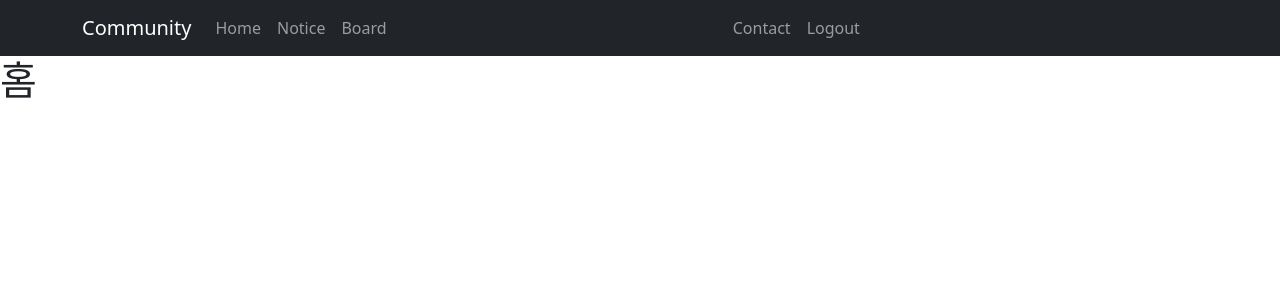
Repository: yangddoddi/community_react
Page: /
The author's editor kept a copy of each file at every save. The page is drawn from the files as they stood at one save, then again after the next save.
The browser window is 1280 px wide. The pictures show the whole page.
The page's requests for data from a server got no answer. The project was rebuilt for these pictures with package versions that can differ from the ones it lists, and the page was loaded fresh each time. No one was signed in, and anything a server would have sent is missing. Also part of the build but not shown: src/pages/Join.js, src/pages/Login.js, src/pages/Posts.js, src/pages/Write.js.

Above is the page before, as saved 2022-09-06 22:49:40.

### src/App.js
import React, { useEffect, useState } from "react";
import { testAxios } from "./config/testAxios";
import { Header } from "./pages/Header";
import { MyRoutes } from "./router/Routes";
import "bootstrap/dist/css/bootstrap.min.css";

const App = () => {
  const [ip, setIp] = useState("");
  const findIp = (data) => {
    setIp(data);
  };

  useEffect(() => {
    testAxios("test", findIp);
  });

  return (
    <>
      <Header />
      <MyRoutes />
    </>
  );
};

export default App;

### src/config/testAxios.js
import axios from "axios";

export const testAxios = (url, findIp) => {
  axios({
    url: "/" + url,
    method: "post",
    baseURL: "http://localhost:8080",
    withCredentials: true,
  }).then((res) => {
    findIp(res.data);
  });
};

### src/pages/Header.js
import Container from "react-bootstrap/Container";
import Nav from "react-bootstrap/Nav";
import Navbar from "react-bootstrap/Navbar";
import { NavLink } from "react-bootstrap";

export const Header = () => {
  return (
    <>
      <Navbar bg="dark" variant="dark">
        <Container>
          <Navbar.Brand href="/">Community</Navbar.Brand>
          <Nav className="me-auto">
            <Nav.Link href="/">Home</Nav.Link>
            <Nav.Link href="/posts/notice">Notice</Nav.Link>
            <Nav.Link href="/posts/board">Board</Nav.Link>
          </Nav>
          <Nav className="me-auto">
            <Nav.Link href="/posts">Contact</Nav.Link>
            <Nav.Link href="/posts">Logout</Nav.Link>
          </Nav>
        </Container>
      </Navbar>
    </>
  );
};

### src/router/Routes.js
import { Route, Routes } from "react-router-dom";
import { Home } from "../pages/Home";
import { Join } from "../pages/Join";
import { Login } from "../pages/Login";
import { Posts } from "../pages/Posts";
import { Write } from "../pages/Write";

export const MyRoutes = () => {
  return (
    <Routes>
      <Route path="/*" element={<Home />} />
      <Route path="/login" element={<Login />} />
      <Route path="/join" element={<Join />} />
      <Route path="/posts/:id/write" element={<Write />} />
      <Route path="/posts/:id" element={<Posts />} />
      <Route path="/posts/:category" element={<Posts />} />
      <Route path="/posts/:category" element={<Posts />} />
      <Route path="/posts/:category" element={<Posts />} />
    </Routes>
  );
};

### src/pages/Home.js
export const Home = () => {
  return <h1>홈</h1>;
};

Loaded but not shown: public/index.html (common file); src/index.js (common file); src/index.css (common file); src/reportWebVitals.js (common file)

After the next save:
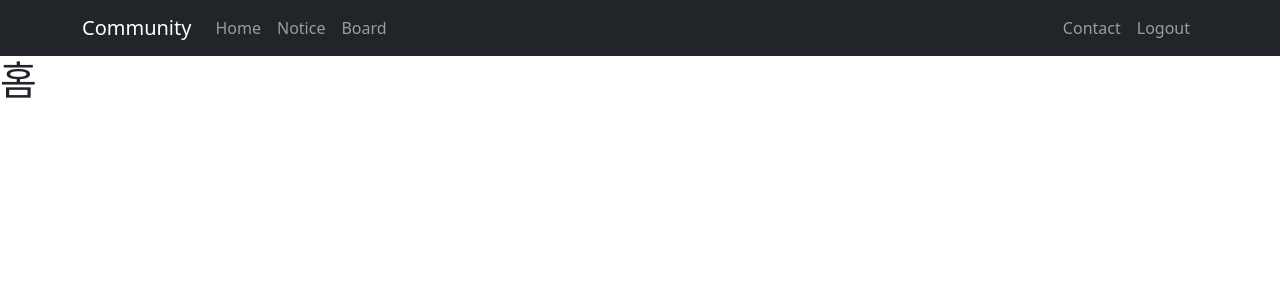
Saved 1 s later.
--- a/src/pages/Header.js
+++ b/src/pages/Header.js
@@ -14,7 +14,7 @@ export const Header = () => {
             <Nav.Link href="/posts/notice">Notice</Nav.Link>
             <Nav.Link href="/posts/board">Board</Nav.Link>
           </Nav>
-          <Nav className="me-auto">
+          <Nav className="right">
             <Nav.Link href="/posts">Contact</Nav.Link>
             <Nav.Link href="/posts">Logout</Nav.Link>
           </Nav>
